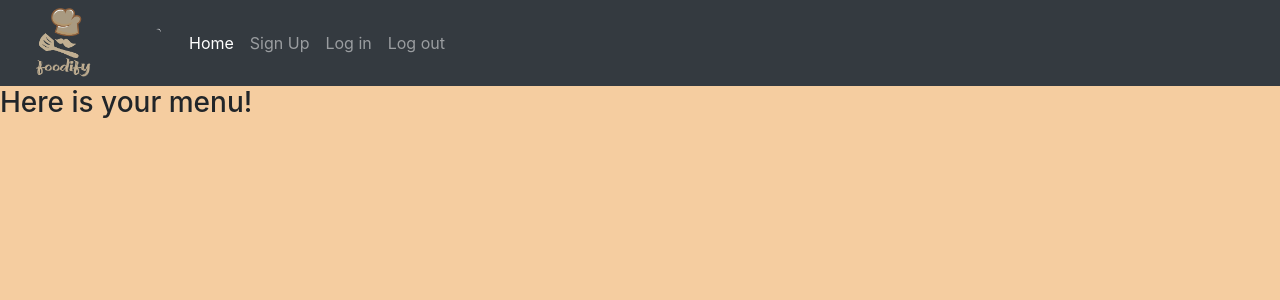
Repository: RanaHisham18/Foodify-Web-App
Page: Project IA raghda/usermenu.html
The author's editor kept a copy of each file at every save. The page is drawn from the files as they stood at one save, then again after a run of saves.
The browser window is 1280 px wide. The pictures show the whole page.

Above is the page before, as saved 2022-01-06 18:17:11.

### Project IA raghda/usermenu.html
<!DOCTYPE html>
<html lang="en">
<head>
    <meta charset="UTF-8">
    <meta http-equiv="X-UA-Compatible" content="IE=edge">
    <meta name="viewport" content="width=device-width, initial-scale=1.0">
    <link rel="stylesheet" href="https://maxcdn.bootstrapcdn.com/bootstrap/4.0.0/css/bootstrap.min.css"
     integrity="sha384-Gn5384xqQ1aoWXA+058RXPxPg6fy4IWvTNh0E263XmFcJlSAwiGgFAW/dAiS6JXm" crossorigin="anonymous">
     <link rel ="stylesheet" href="usermenu.css">
    <title>Document</title>
</head>
<body>
    <!--Navigation Bar-->
 <nav class="navbar navbar-expand-lg navbar-dark bg-dark sticky-top">
    <img class="image" src="images/foodify.png" alt="Foodify logo">

       <button class="navbar-toggler" type="button" data-bs-toggle="collapse" data-bs-target="#navbarScroll" aria-controls="navbarScroll" aria-expanded="false" aria-label="Toggle navigation">
         <span class="navbar-toggler-icon"></span>
       </button>
     <div class="container-fluid">
         <div class="collapse navbar-collapse" id="navbarScroll">
           <ul class="navbar-nav me-auto my-2 my-lg-0 navbar-nav-scroll" style="--bs-scroll-height: 100px;">
             <li class="nav-item">
               <a class="nav-link active" aria-current="page" href="home.php">Home</a>
             </li>
             <li class="nav-item">
               <a class="nav-link" href="register.php">Sign Up</a>
             </li>
             <li class="nav-item">
               <a class="nav-link" href="login.php">Log in</a>
             </li>
             <li class="nav-item">
               <a class="nav-link" href="login.php">Log out</a>

             </li>
           </ul>

         </div>
       </div>
   </nav>

   <h3>Here is your menu!</h3>
</body>
</html>

### Project IA raghda/usermenu.css
.image{
    cursor: pointer;
    height:70px;
     width:130px;
    margin-left: 20px;
  }
  .scroll{
      margin-top:200px;
      margin-left:50px;
  }
body
{
    background-color: #f5cda0;
}

After the next 3 saves:
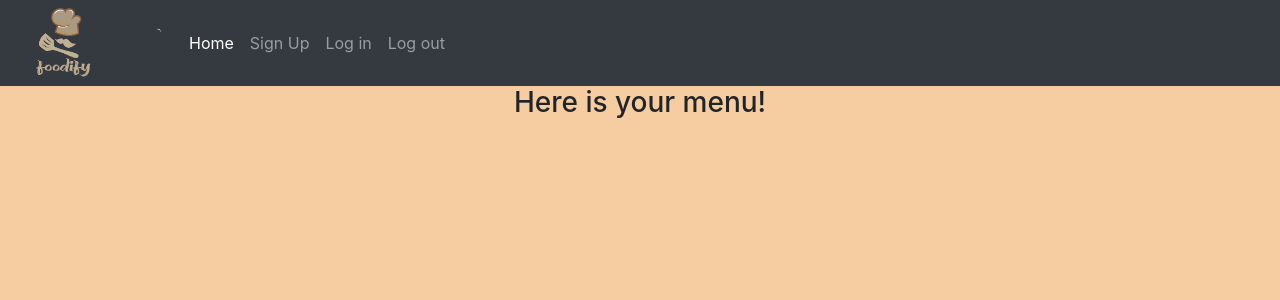
The 3 saves are shown as one change because they came seconds apart.
The last was saved 19 s later.
--- a/Project IA raghda/usermenu.css
+++ b/Project IA raghda/usermenu.css
@@ -12,3 +12,6 @@ body
 {
     background-color: #f5cda0;
 }
+h3{
+    text-align: center;
+}
